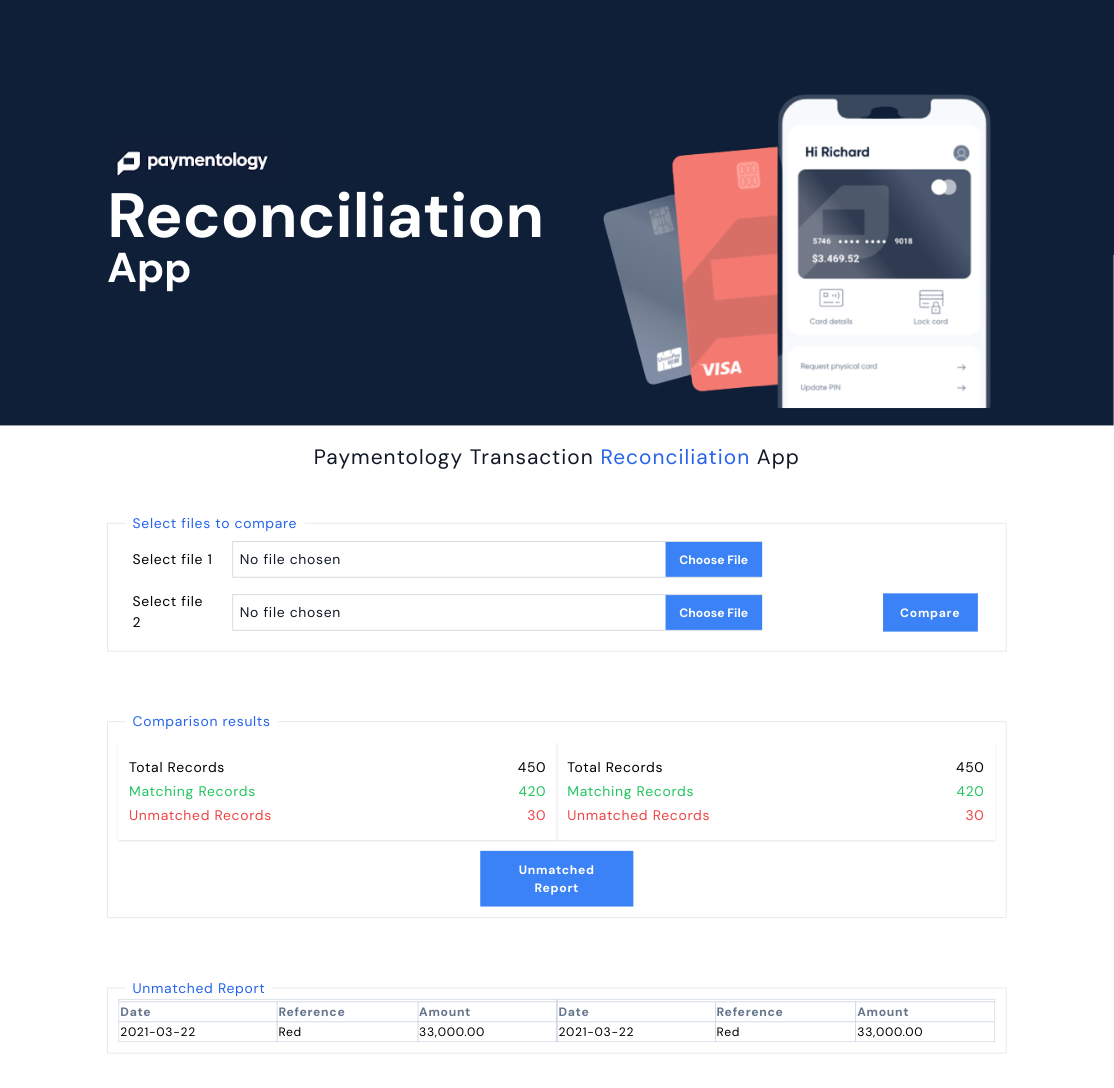
Repository: chionye/paymentology-front
Page: /
These files come from the project's save history. The page is drawn as it stood at one moment and after the next save; the edit follows.
The browser window is 1280 px wide. The pictures show the whole page, at 87% of full size.
The project was rebuilt for these pictures with package versions that can differ from the ones it lists, and the page was loaded fresh each time.

Above is the page before, as saved 2022-03-20 13:51:20.

After the next save:
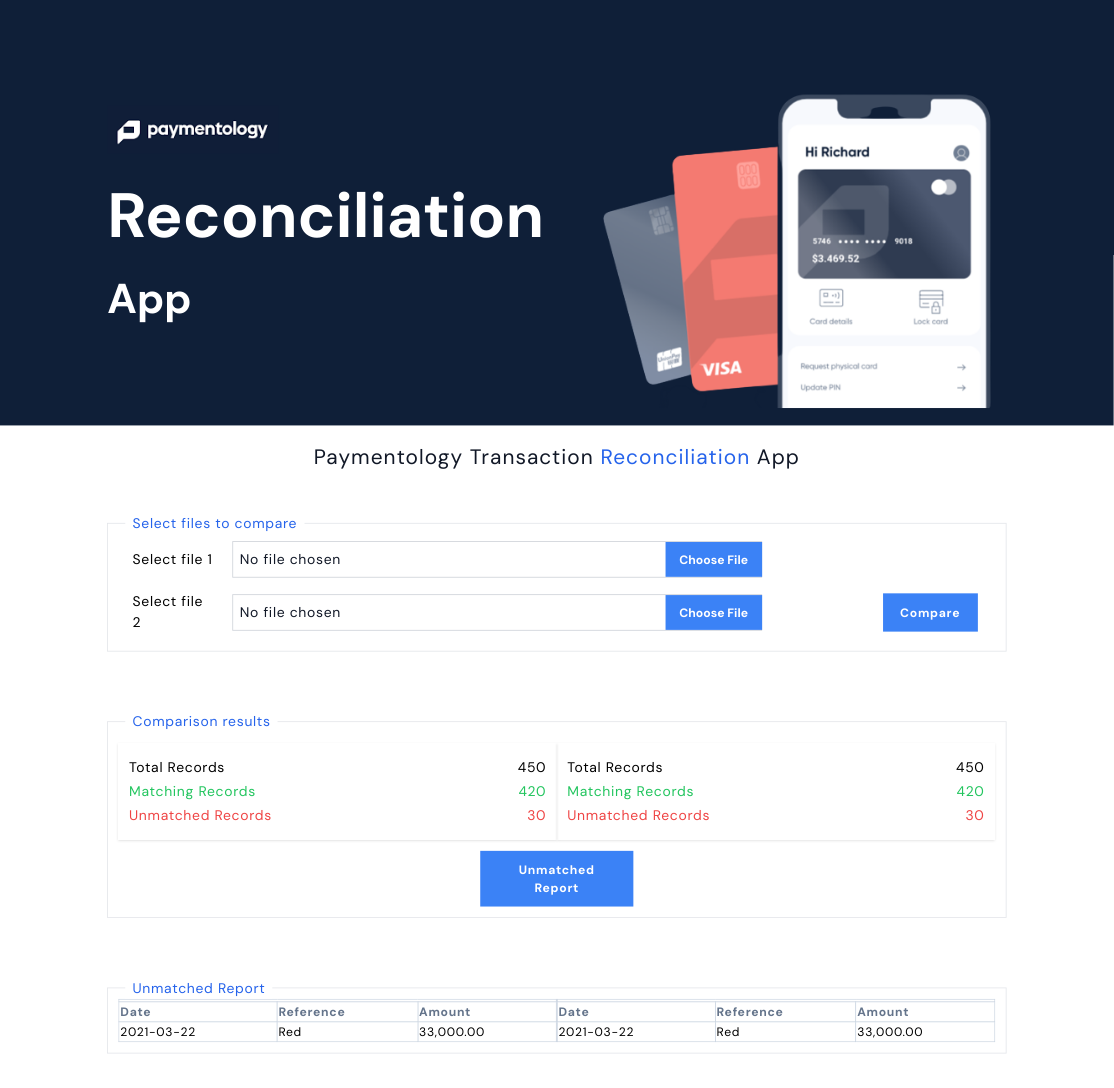
Saved 9 s later.
--- a/src/components/Banner.js
+++ b/src/components/Banner.js
@@ -11,7 +11,7 @@ const Banner = () => {
                 <div className="w-5/6 mx-auto flex flex-col md:flex-row md:justify-between md:items-center">
                     <div className="w-1/2 text-white  font-bold">
                         <img className="" src={Logo}  alt="Paymentology Logo"/>
-                        <h1 className="text-7xl">Reconciliation </h1>
+                        <h1 className="text-7xl leading-loose">Reconciliation </h1>
                         <h2 className="text-5xl">App</h2>
                     </div>
                     <div className="w-1/2 ">
